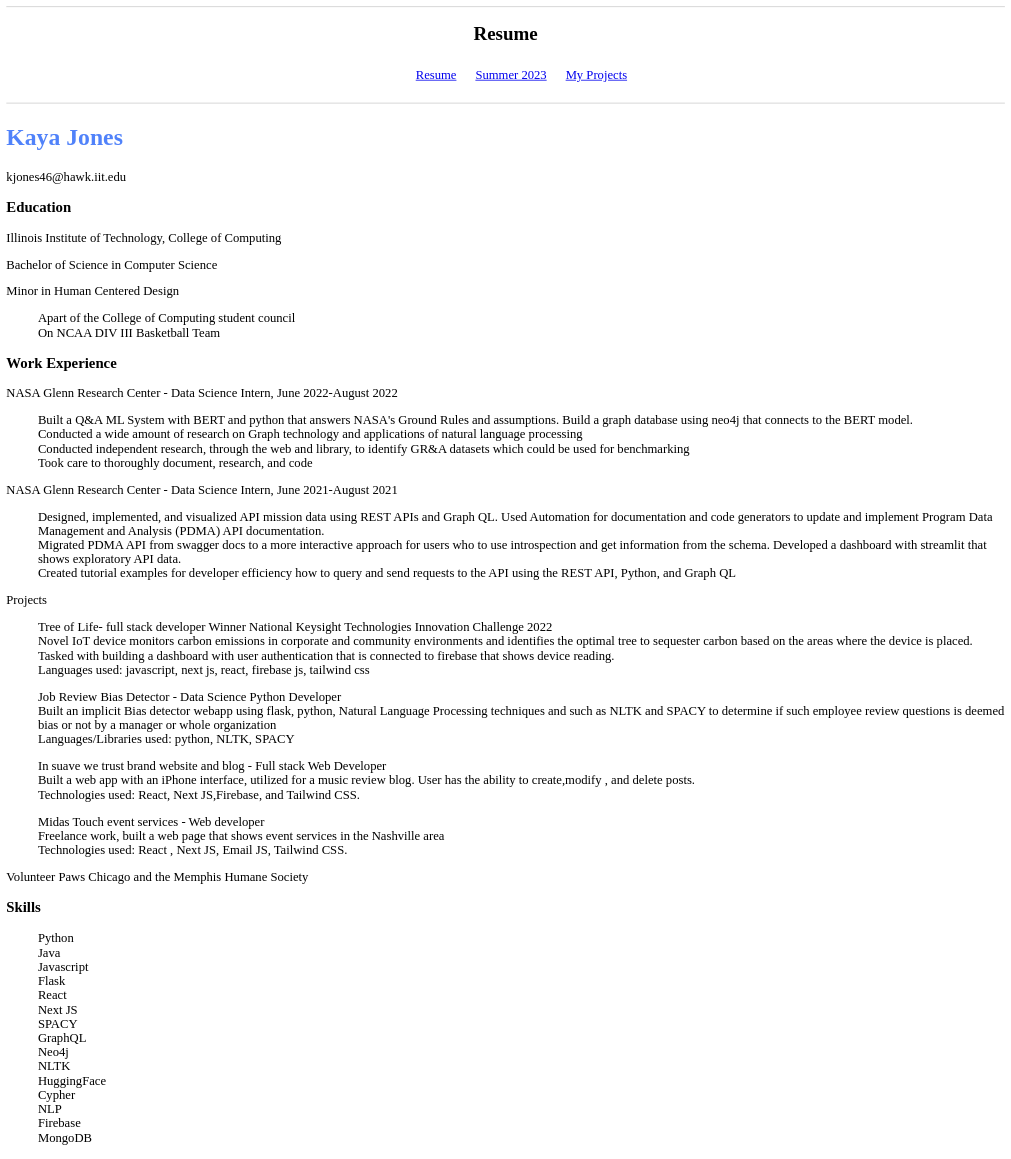
Repository: kayacancode/itm361project1
Page: index.html
These files come from the project's save history. The page is drawn as it stood at one moment and after the next save; the edit follows.
The browser window is 1280 px wide. The pictures show the whole page, at 79% of full size.
Some web fonts or font styles are not loaded; a fallback is used.

Above is the page before, as saved 2023-03-03 18:45:40.

After the next save:
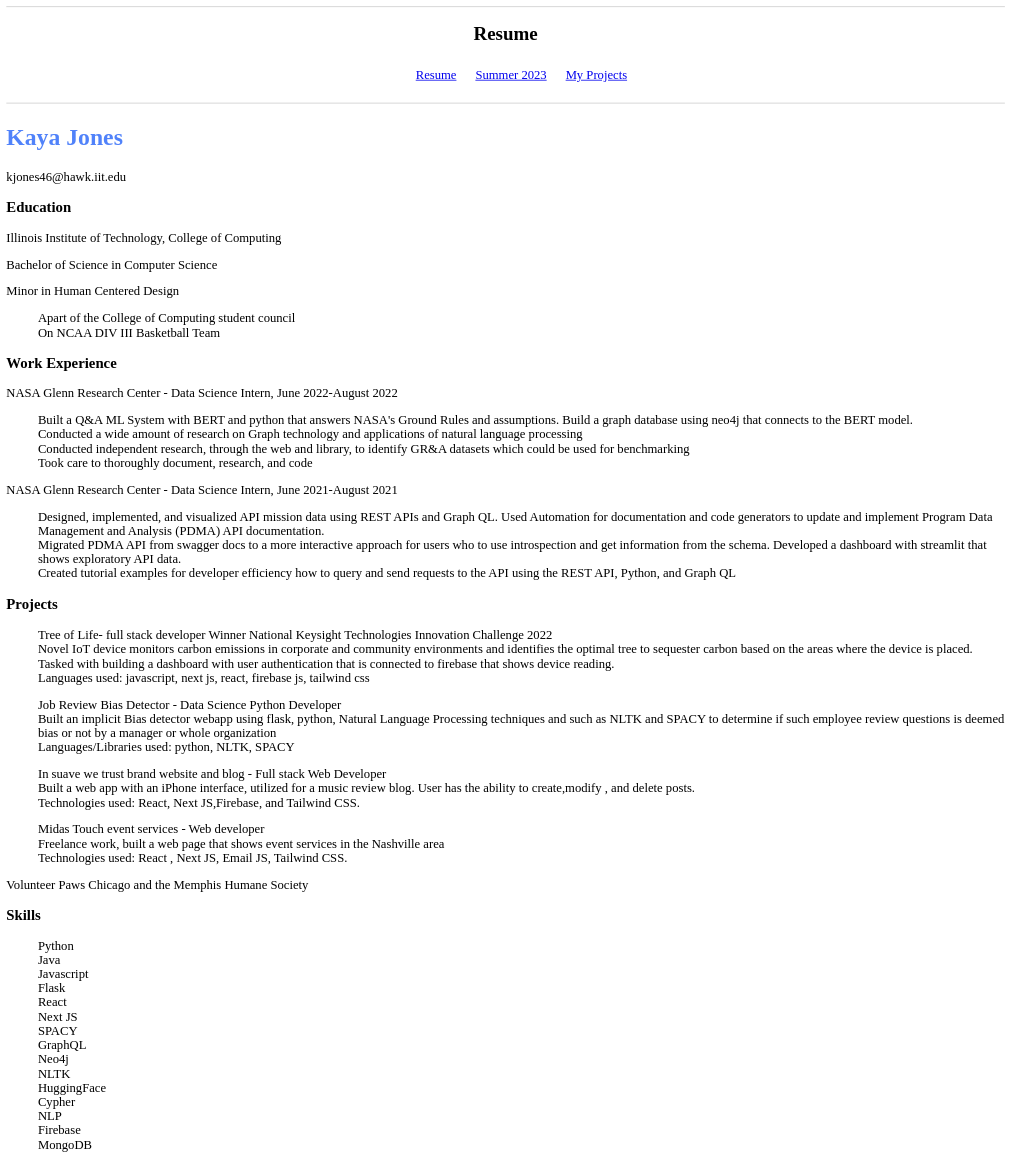
Saved 18 h 1 min later.
--- a/index.html
+++ b/index.html
@@ -70,7 +70,7 @@
     </ul>
   </section>
   <section>
-    <p>Projects</p>
+    <h3>Projects</h3>
     <ul>
       <li>
         Tree of Life- full stack developer Winner National Keysight Technologies
